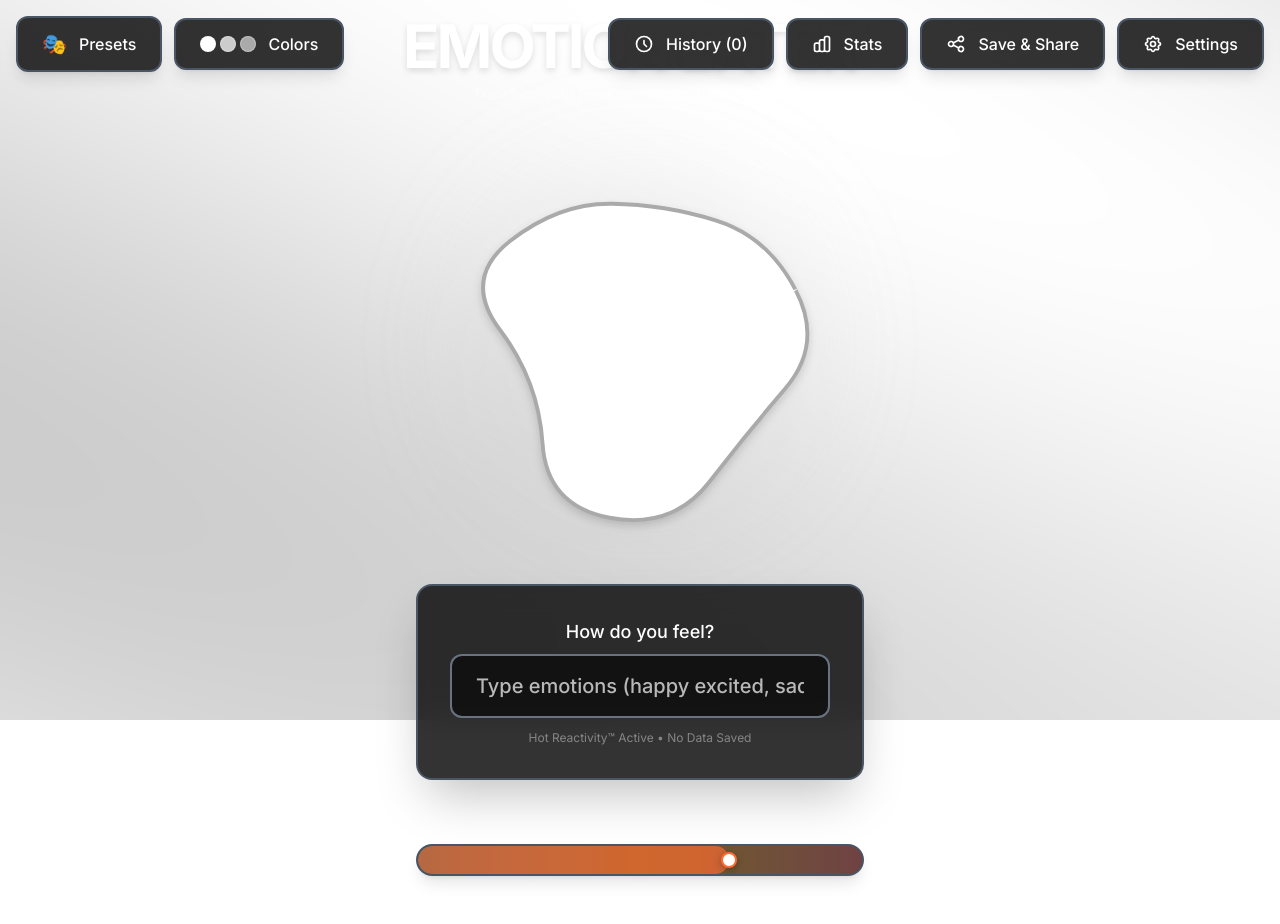
Repository: harshikabodekar/Emotion_Eater
Page: / (app in emotion-eater/)
The author's editor kept a copy of each file at every save. The page is drawn from the files as they stood at one save, then again after the next save.
The browser window is 1280 px wide. The pictures show the whole page.
The project was rebuilt for these pictures with package versions that can differ from the ones it lists, and the page was loaded fresh each time. The framework's server and built-in components were replaced by stand-ins that run in the browser. Also part of the build but not shown: emotion-eater/next.config.ts.

Above is the page before, as saved 2025-12-01 21:45:57.

After the next save:
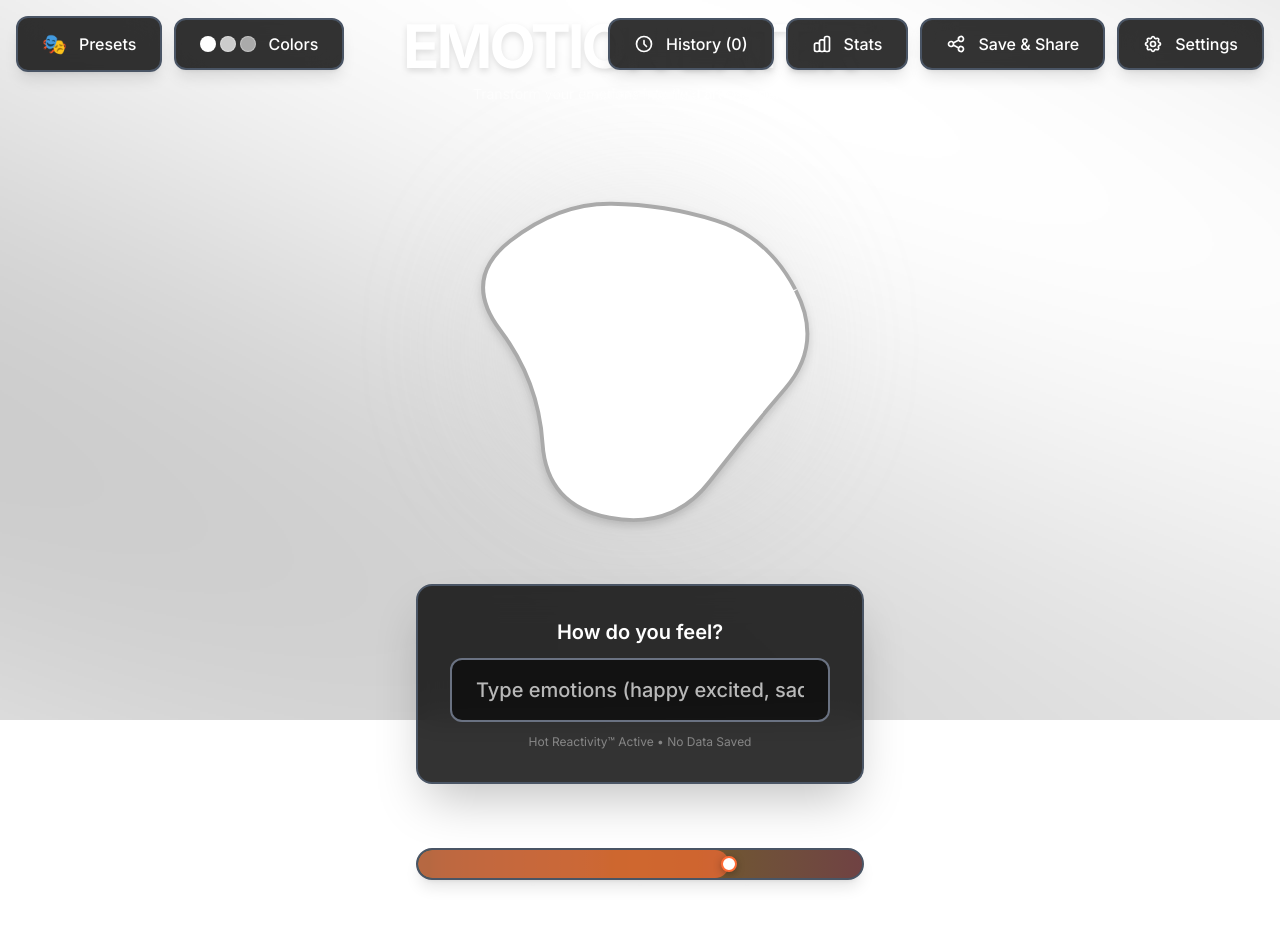
Saved 1 s later.
--- a/emotion-eater/components/EmotionForm.tsx
+++ b/emotion-eater/components/EmotionForm.tsx
@@ -31,7 +31,7 @@ export default function EmotionForm({ onEmotionChange, onTyping }: EmotionFormPr
   return (
     <div className="w-full max-w-lg mx-auto z-10 relative">
       <div className="bg-black/80 backdrop-blur-lg border-2 border-gray-600 rounded-2xl p-8 shadow-2xl">
-        <label htmlFor="emotion-input" className="block text-white text-lg font-medium mb-2 text-center">
+        <label htmlFor="emotion-input" className="block text-white text-xl font-semibold mb-3 text-center">
           How do you feel?
         </label>
         <input
